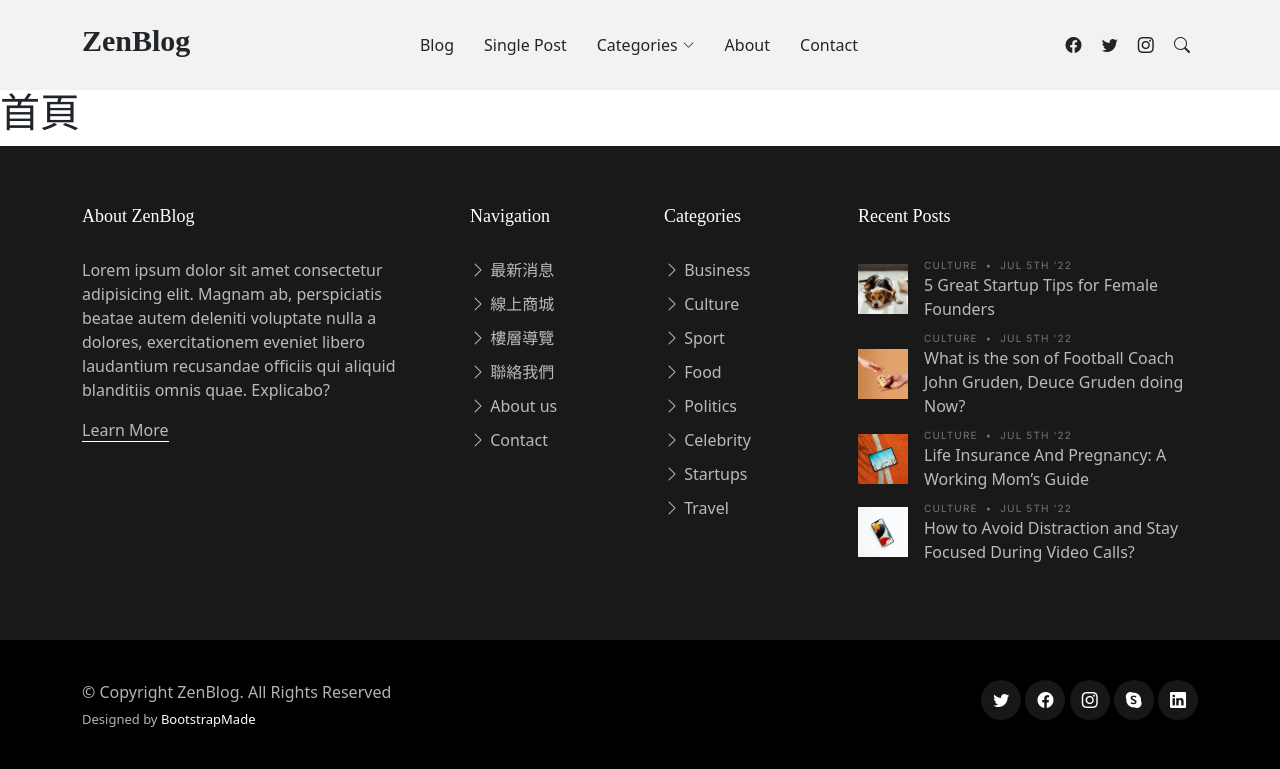
Repository: eugene200603/ESUN-Interview
Page: http://localhost/esuninterview/WEB-INF/jsp/frontend/index.jsp
These files come from the project's save history. The page is drawn as it stood at one moment and after the next save; the edit follows.
The browser window is 1280 px wide. The pictures show the whole page.
Some web fonts or font styles are not loaded; a fallback is used. The page is served by Tomcat 9. Nobody is signed in. The template is opened directly, without the code that normally fills it, so the values that code supplies are empty.

Above is the page before, as saved 2023-06-05 16:49:22.

After the next save:
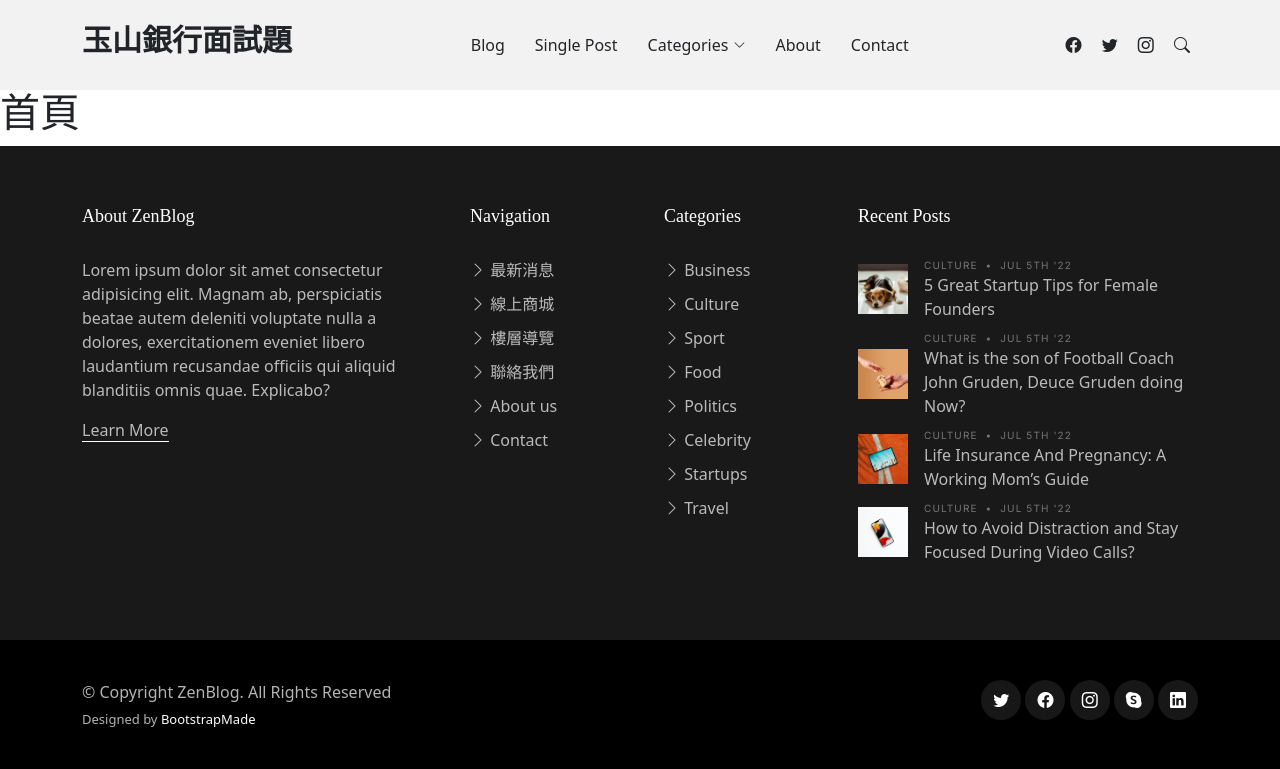
Saved 28 s later.
--- a/project/esuninterview/src/main/webapp/WEB-INF/jsp/layout/header.jsp
+++ b/project/esuninterview/src/main/webapp/WEB-INF/jsp/layout/header.jsp
@@ -63,7 +63,7 @@
       <a href="index.html" class="logo d-flex align-items-center">
         <!-- Uncomment the line below if you also wish to use an image logo -->
         <!-- <img src="assets/img/logo.png" alt=""> -->
-        <h1>ZenBlog</h1>
+        <h1>玉山銀行面試題</h1>
       </a>
 
       <nav id="navbar" class="navbar">
